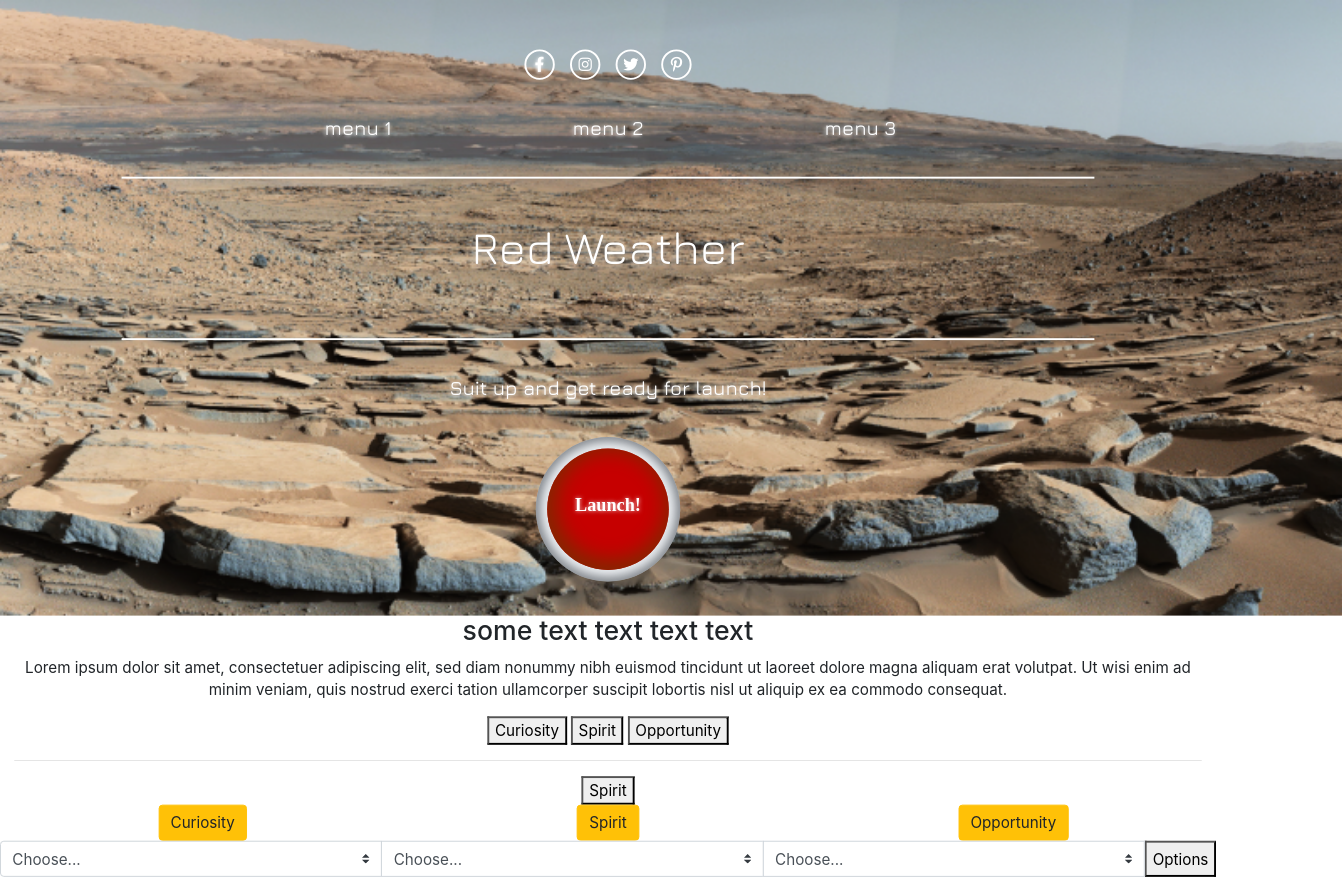
Repository: romqrq/Red-Planet-Explorer
Page: index.html
The author's editor kept a record of every edit. The page is drawn from the files as they stood at one moment, then again after the next edit.
The browser window is 1280 px wide. The page is 1413 px wide, so the pictures cover 1413 px, including what lies to the right of the window. The pictures show the whole page, at 95% of full size.
Some web fonts or font styles are not loaded; a fallback is used. Some web libraries are served in a nearby version.

Above is the page before.

### index.html
<!DOCTYPE html>
<html lang="en">

<head>
    <meta charset="UTF-8">
    <meta name="viewport" content="width=device-width, initial-scale=1.0">
    <meta http-equiv="X-UA-Compatible" content="ie=edge">
    <title>Red Weather</title>
    <link rel="stylesheet" href="https://cdnjs.cloudflare.com/ajax/libs/font-awesome/5.10.2/css/all.min.css" type="text/css" />
    <link rel="stylesheet" href="https://stackpath.bootstrapcdn.com/bootstrap/4.3.1/css/bootstrap.min.css" crossorigin="anonymous">
    <link rel="stylesheet" href="assets/css/style.css" type="text/css" />

    <script type="text/javascript" src="assets/js/main.js"></script>
    <script type="text/javascript" src="assets/js/main2.js"></script>
    <!--<script type="text/javascript" src="assets/js/main3.js"></script>-->

</head>

<body>
    <header>
        <div class="container-fluid main-screen-container">
            <img class="testbg" src="assets/images/mars.png"></img>
            <div class="row social-row">
                <div class="col-12 social-col">
                    <i class="fab fa-facebook-f round-border text-shadow"></i>
                    <i class="fab fa-instagram round-border"></i>
                    <i class="fab fa-twitter round-border"></i>
                    <i class="fab fa-pinterest-p round-border"></i>
                </div>
            </div>
            <div class="row" role="navigation">
                <a class="col-4 text-right main-text-light text-shadow" href="#">menu 1</a>
                <a class="col-4 text-center main-text-light text-shadow" href="#">menu 2</a>
                <a class="col-4 text-left main-text-light text-shadow" href="#">menu 3</a>
            </div>
            <hr class="hr-divider">
            <div class="row">
                <div class="col-12 text-center">
                    <p class="main-title title-shadow">Red Weather</p>
                </div>
            </div>
            <hr class="hr-divider">
            <div class="row">
                <div class="col-12">
                    <p class="main-text-light text-center text-shadow">Suit up and get ready for launch!</p>
                </div>
            </div>
            <div>
                <div class="launch-button-div">
                    <button class="btn launch-button">Launch!</button>
                </div>
            </div>
            <!--<div class="row">-->
            <!--    <div class=navbar>-->
            <!--        <ul class="navbar-nav">-->
            <!--            <li class="nav-item">-->
            <!--                <a href="#" class="nav-link">menu button 1</a>-->
            <!--            </li>-->
            <!--            <li class="nav-item">-->
            <!--                <a href="#" class="nav-link">menu button 2</a>-->
            <!--            </li>-->
            <!--            <li class="nav-item">-->
            <!--                <a href="#" class="nav-link">menu button 3</a>-->
            <!--            </li>-->
            <!--        </ul>-->
            <!--    </div>-->
            <!--</div>-->
        </div>
        <!--<nav class="navbar navbar-expand-md navbar-dark bg-blue">-->
        <!-- Brand -->
        <!--    <a class="brand-text" href="#"><span class="NE-text">RW</span> | Red Weather</a>-->

        <!-- Toggler/collapsibe Button -->
        <!--    <button class="navbar-toggler" type="button" data-toggle="collapse" data-target="#collapsibleNavbar">-->
        <!--        <span class="navbar-toggler-icon"></span>-->
        <!--    </button>-->

        <!-- Navbar links -->
        <!--    <div class="collapse navbar-collapse" id="collapsibleNavbar">-->
        <!--        <ul class="navbar-nav">-->
        <!--            <li class="nav-item">-->
        <!--                <a class="nav-link" href="#">Link</a>-->
        <!--            </li>-->
        <!--            <li class="nav-item">-->
        <!--                <a class="nav-link" href="#">Link</a>-->
        <!--            </li>-->
        <!--            <li class="nav-item">-->
        <!--                <a class="nav-link" href="#">Link</a>-->
        <!--            </li>-->
        <!--        </ul>-->
        <!--    </div>-->
        <!--</nav>-->
    </header>
    <section class="callout">
        <div class="container-fluid text-center align-middle">
            <div>
                <h3>some text text text text</h3>
                <p>Lorem ipsum dolor sit amet, consectetuer adipiscing elit, sed diam nonummy nibh euismod tincidunt ut laoreet dolore magna aliquam erat volutpat. Ut wisi enim ad minim veniam, quis nostrud exerci tation ullamcorper suscipit lobortis nisl
                    ut aliquip ex ea commodo consequat.</pp>
            </div>
            <button onclick="setName('curiosity'), writeToDocument()">Curiosity</button>
            <button onclick="setName('spirit'), writeToDocument()">Spirit</button>
            <button onclick="setName('opportunity')">Opportunity</button>
            <hr>
            <button onclick="writeRoverByName('spirit')">Spirit</button>
            <div class="row">
                <div class="col-4">
                    <button class="btn btn-warning" onclick="writeToDocument('curiosity')">Curiosity</button>
                </div>
                <div class="col-4">
                    <button class="btn btn-warning" onclick="writeToDocument('spirit')">Spirit</button>
                </div>
                <div class="col-4">
                    <button class="btn btn-warning" onclick="writeToDocument('opportunity')">Opportunity</button>
                </div>
            </div>
        </div>
    </section>

    <div class="input-group mb-3">
        <select class="custom-select" id="input1">
    <option selected>Choose...</option>
    <option value="curiosity">Curiosity</option>
    <option value="spirit">Spirit</option>
    <option value="3">Three</option>
  </select>
        <select class="custom-select" id="input2">
    <option selected>Choose...</option>
    <option value="2015-6-3">2015-6-3</option>
    <option value="2015-6-4">2015-6-4</option>
    <option value="2015-6-5">2015-6-5</option>
  </select>
        <select class="custom-select" id="input3">
    <option selected>Choose...</option>
    <option value="fhaz">FHAZ</option>
    <option value="rhaz">RHAZ</option>
    <option value="mast">Mast</option>
  </select>
        <button onclick="nameThem()">Options</button>
    </div>


    <div id="data"></div>
    <div id="data2"></div>
    <footer>

    </footer>
    <script src="https://code.jquery.com/jquery-3.3.1.slim.min.js" integrity="sha384-q8i/X+965DzO0rT7abK41JStQIAqVgRVzpbzo5smXKp4YfRvH+8abtTE1Pi6jizo" crossorigin="anonymous"></script>
    <script src="https://cdnjs.cloudflare.com/ajax/libs/popper.js/1.14.7/umd/popper.min.js" integrity="sha384-UO2eT0CpHqdSJQ6hJty5KVphtPhzWj9WO1clHTMGa3JDZwrnQq4sF86dIHNDz0W1" crossorigin="anonymous"></script>
    <script src="https://stackpath.bootstrapcdn.com/bootstrap/4.3.1/js/bootstrap.min.js" integrity="sha384-JjSmVgyd0p3pXB1rRibZUAYoIIy6OrQ6VrjIEaFf/nJGzIxFDsf4x0xIM+B07jRM" crossorigin="anonymous"></script>

</body>

</html>

### assets/css/style.css
/*General*/

@import url('https://fonts.googleapis.com/css?family=Revalia|Roboto:400,500|Jura:300,400,500&display=swap');

.testbg {
    position: absolute;
    top: 0;
    left: 0;
    height: 90vh;
    z-index: -1;
}

a {
    text-decoration: none;
    color: inherit;

}

/*.bg-blue {*/

/*    background-color: #01479e;*/

/*}*/

/*.callout {*/

/*    background-color: #e9ecefb0;*/

/*    height: 50vh;*/

/*}*/

.title-shadow {
    text-shadow: -1px 3px 8px #ffffff9e;
}

.text-shadow {
    text-shadow: -1px 1px 4px #ffffff;
}

.no-side-padding {
    padding-left: 0;
    padding-right: 0;
}

.main-screen-container {
    height: 90vh;
    padding: 1rem;
    /*background-image: url("mars.png");*/
    /*background-position: center;*/
    /*background-repeat: no-repeat;*/
    /*background-size: cover;*/
    /*background-color: black;*/
    display: flex;
    flex-direction: column;
    justify-content: space-evenly;
}

.social-row {
    padding: 1rem;
}

.social-col {
    flex-direction: row;
    display: flex;
    justify-content: center;
}

.round-border {
    border-radius: 50%;
    height: 2rem;
    border: 2px solid white;
    width: 2rem;
    justify-content: center;
    display: flex;
    line-height: 1.8rem;
    color: white;
    margin: 0 0.5rem;
}

.main-text-light {
    color: white;
    font-family: "Jura", "Revalia";
    font-weight: 500;
    font-size: 1.3rem;
}

.main-title {
    font-family: "Revalia", "Jura";
    font-size: 3rem;
    color: white;
    padding: 0 0 0.5rem;
}

.hr-divider {
    border-top: 2px solid rgb(255, 255, 255);
    width: 80vw;
}

.launch-button-div {
    height: 9.5rem;
    width: 9.5rem;
    background-color: #e9ecef;
    padding: 0.75rem;
    border-radius: 50%;
    box-shadow: inset 0px 0px 9px 5px #343a408a;
    margin: auto;
}

.launch-button {
    background-color: #c60000;
    color: white;
    border: 0px solid white;
    font-size: 1.2rem;
    font-family: "Revalia";
    font-weight: 700;
    text-shadow: 0px 0px 5px #ffffffcf;
    padding: 0.5rem 1rem 1rem;
    height: 8rem;
    width: 8rem;
    border-radius: 50%;
    box-shadow: inset 3px -4px 20px 7px #842600;
}

/*.main-subtitle {*/

/*    color: white;*/

/*    font-family: "Jura", "Revalia";*/

/*    font-weight: 500;*/

/*    font-size: 1.3rem;*/

/*}*/

### assets/js/main.js
// var roverName = "curiosity";
// var solNumber = ""; //"&sol=1000";
// var camName = "&camera=FHAZ";
// var pageNumber = ""; //"&page=1"
// var earthDate = "earth_date=2015-6-3"


//WORKS xhr.open("GET", "https://api.nasa.gov/insight_weather/?api_key=unJZiQapXhyZamSl37P8FEh7Zlssi7xmaIF4l95b&feedtype=json&ver=1.0");
//WORKS xhr.open("GET", "https://api.nasa.gov/mars-photos/api/v1/rovers/curiosity/latest_photos?api_key=unJZiQapXhyZamSl37P8FEh7Zlssi7xmaIF4l95b&feedtype=json&ver=1.0");
//WORKS xhr.open("GET", "https://api.nasa.gov/mars-photos/api/v1/manifests/curiosity?api_key=unJZiQapXhyZamSl37P8FEh7Zlssi7xmaIF4l95b&feedtype=json&ver=1.0");




//Pick latest photo by rover name
function getData(cb) {
    var e = document.getElementById("input1");
    var roverName = e.options[e.selectedIndex].value;
    var xhr = new XMLHttpRequest();
    xhr.onreadystatechange = function() {
        if (this.readyState == 4 && this.status == 200) {
            // document.getElementById("data").innerHTML = JSON.parse(this.responseText);
            console.log(JSON.parse(this.responseText));
            cb(JSON.parse(this.responseText));
        }
    };
    xhr.open("GET", "https://api.nasa.gov/mars-photos/api/v1/rovers/" + roverName + "/latest_photos?api_key=unJZiQapXhyZamSl37P8FEh7Zlssi7xmaIF4l95b&feedtype=json&ver=1.0");
    xhr.send();

}

function writeToDocument(roverName) {
    var el = document.getElementById("data");
    el.innerHTML = "";

    getData(function(data) {
        data = data.latest_photos;

        data.forEach(function(item) {
            el.innerHTML += `<img src=${item.img_src} height=150 width=150>`;
        });
    });
}





// function getLatest(cb) {
// 	var xhr = new XMLHttpRequest();

// 	xhr.onreadystatechange = function() {
// 		if (this.readyState == 4 && this.status == 200) {
// 			// document.getElementById("data").innerHTML = JSON.parse(this.responseText);
// 			console.log(JSON.parse(this.responseText));
// 			cb(JSON.parse(this.responseText));
// 		}
// 	};

// 	xhr.open("GET", "https://api.nasa.gov/mars-photos/api/v1/rovers/curiosity/latest_photos?api_key=unJZiQapXhyZamSl37P8FEh7Zlssi7xmaIF4l95b&feedtype=json&ver=1.0");
// 	xhr.send();
// }

// function writeToDocument() {
// 	var el = document.getElementById("data");
// 	el.innerHTML = "";

// 	getLatest(function(data) {
// 		data = data.latest_photos;

// 		data.forEach(function(item) {
// 			el.innerHTML += `<img src=${item.img_src} height=150 width=150>`;
// 		});
// 	});
// }

### assets/js/main2.js
var xhr = new XMLHttpRequest();
var roverName = ""; //"curiosity";
var solNumber = ""; //"&sol=1000";
var camName = ""; //"&camera=FHAZ";
var pageNumber = ""; //"&page=1"
var earthDate = ""; //"earth_date=2015-6-3"



function setName(namePicked, cb) {
    var roverName = namePicked;
    var xhr = new XMLHttpRequest();

    xhr.open("GET", `https://api.nasa.gov/mars-photos/api/v1/rovers/${roverName}/latest_photos?api_key=unJZiQapXhyZamSl37P8FEh7Zlssi7xmaIF4l95b&feedtype=json&ver=1.0`);
    xhr.send();

    xhr.onreadystatechange = function() {
        if (this.readyState == 4 && this.status == 200) {
            console.log(JSON.parse(this.responseText));
            cb(JSON.parse(this.responseText));
        }
    };
}

function writeToDocument() {
	var el = document.getElementById("data2");
	el.innerHTML = "";

	setName(namePicked, function(data) {
		data = data.latest_photos;

		data.forEach(function(item) {
			el.innerHTML += `<img src=${item.img_src} height=150 width=150>`;
		});
	});
}


// function nameThem() {
//     var firstInput = document.getElementById("input1");
//     var roverName = firstInput.options[firstInput.selectedIndex].value;

//     var secondInput = document.getElementById("input2");
//     var earthDate = `earth_date=${secondInput.options[secondInput.selectedIndex].value}`;

//     var thirdInput = document.getElementById("input3");
//     var camName = `&camera=${thirdInput.options[thirdInput.selectedIndex].text}`;

//     xhr.open("GET", `https://api.nasa.gov/mars-photos/api/v1/rovers/${roverName}/photos?${earthDate}${solNumber}${camName}${pageNumber}&api_key=unJZiQapXhyZamSl37P8FEh7Zlssi7xmaIF4l95b`);
//     xhr.send();


//     xhr.onreadystatechange = function(cb) {
//         if (this.readyState == 4 && this.status == 200) {
//             // cb(JSON.parse(this.responseText));
//             // document.getElementById("data").innerHTML = JSON.parse(this.responseText);
//             console.log(JSON.parse(this.responseText));
//             // console.log(typeof(this.responseText));
//         }
//     };

// }

// function writeToDocument() {
//     nameThem(function(data) {
//         console.dir(data);
//         document
//     })
// }



//WORKS xhr.open("GET", "https://api.nasa.gov/insight_weather/?api_key=unJZiQapXhyZamSl37P8FEh7Zlssi7xmaIF4l95b&feedtype=json&ver=1.0");
//WORKS xhr.open("GET", "https://api.nasa.gov/mars-photos/api/v1/rovers/curiosity/latest_photos?api_key=unJZiQapXhyZamSl37P8FEh7Zlssi7xmaIF4l95b&feedtype=json&ver=1.0");
//WORKS xhr.open("GET", "https://api.nasa.gov/mars-photos/api/v1/manifests/curiosity?api_key=unJZiQapXhyZamSl37P8FEh7Zlssi7xmaIF4l95b&feedtype=json&ver=1.0");


// xhr.open("GET", `https://api.nasa.gov/mars-photos/api/v1/rovers/${roverName}/photos?${earthDate}${solNumber}${camName}${pageNumber}&api_key=unJZiQapXhyZamSl37P8FEh7Zlssi7xmaIF4l95b`);
// xhr.send();


// xhr.onreadystatechange = function() {
//     if (this.readyState == 4 && this.status == 200) {
//         // document.getElementById("data").innerHTML=JSON.parse(this.responseText);
//         console.log(JSON.parse(this.responseText));
//         // console.log(typeof(this.responseText));
//     }
// };

// xhr.onreadystatechange = function() {
//     if (this.readyState == 4 && this.status == 200) {
//         document.getElementById("data").innerHTML = this.responseText;
//     }
// };

After the next edit:
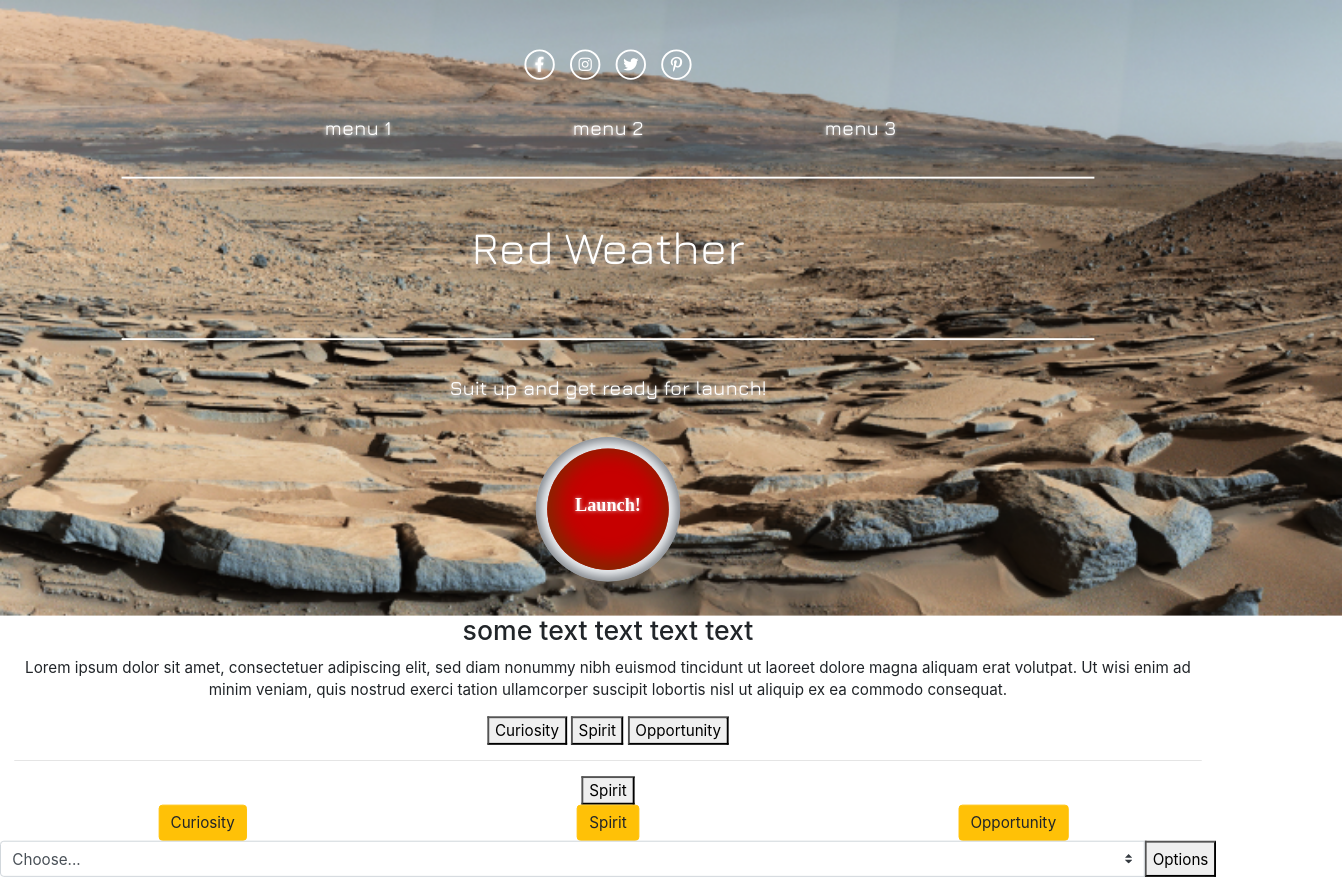
The edit:
--- a/index.html
+++ b/index.html
@@ -119,24 +119,24 @@
 
     <div class="input-group mb-3">
         <select class="custom-select" id="input1">
-    <option selected>Choose...</option>
-    <option value="curiosity">Curiosity</option>
-    <option value="spirit">Spirit</option>
-    <option value="3">Three</option>
-  </select>
-        <select class="custom-select" id="input2">
-    <option selected>Choose...</option>
-    <option value="2015-6-3">2015-6-3</option>
-    <option value="2015-6-4">2015-6-4</option>
-    <option value="2015-6-5">2015-6-5</option>
-  </select>
-        <select class="custom-select" id="input3">
-    <option selected>Choose...</option>
-    <option value="fhaz">FHAZ</option>
-    <option value="rhaz">RHAZ</option>
-    <option value="mast">Mast</option>
-  </select>
-        <button onclick="nameThem()">Options</button>
+            <option selected>Choose...</option>
+            <option value="curiosity">Curiosity</option>
+            <option value="spirit">Spirit</option>
+            <option value="opportunity">Opportunity</option>
+        </select>
+        <!--      <select class="custom-select" id="input2">-->
+        <!--  <option selected>Choose...</option>-->
+        <!--  <option value="2015-6-3">2015-6-3</option>-->
+        <!--  <option value="2015-6-4">2015-6-4</option>-->
+        <!--  <option value="2015-6-5">2015-6-5</option>-->
+        <!--</select>-->
+        <!--      <select class="custom-select" id="input3">-->
+        <!--  <option selected>Choose...</option>-->
+        <!--  <option value="fhaz">FHAZ</option>-->
+        <!--  <option value="rhaz">RHAZ</option>-->
+        <!--  <option value="mast">Mast</option>-->
+        <!--</select>-->
+        <button onclick="writeToDocument()">Options</button>
     </div>
 
 
